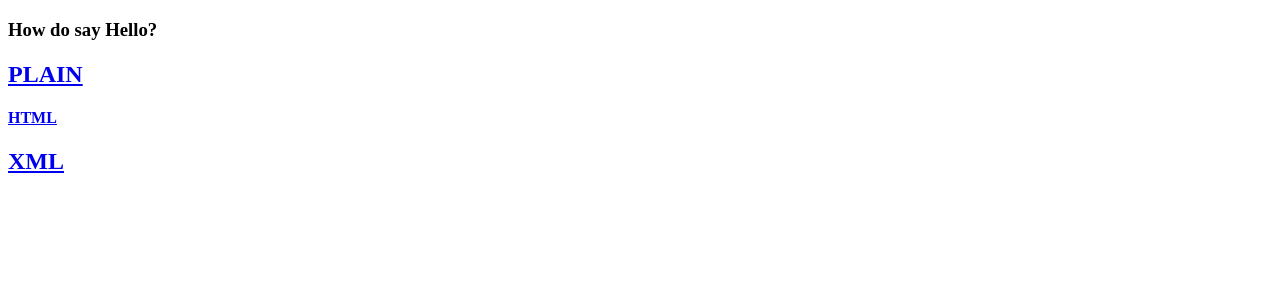
Repository: parul55/RestWebService
Page: TrivagoHotels/WebContent/index.html
These files come from the project's save history. The page is drawn as it stood at one moment and after the next save; the edit follows.
The browser window is 1280 px wide. The pictures show the whole page.

Above is the page before, as saved 2019-07-24 12:15:36.

After the next save:
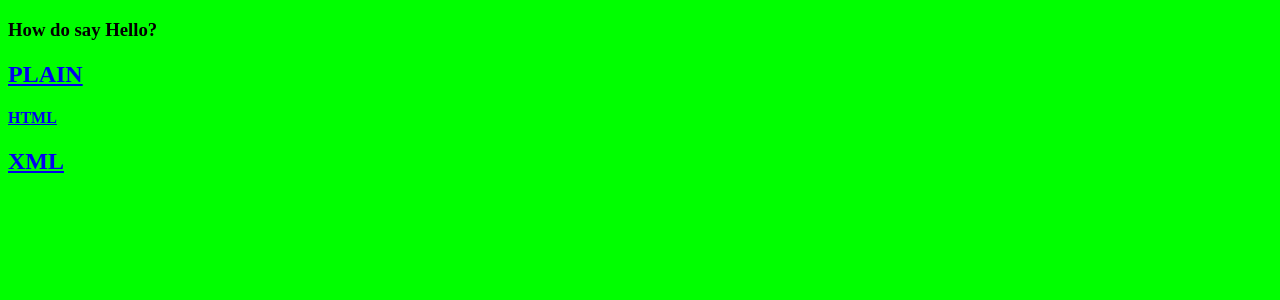
Saved 98 s later.
--- a/TrivagoHotels/WebContent/index.html
+++ b/TrivagoHotels/WebContent/index.html
@@ -5,7 +5,7 @@
 <title>Trivago Home</title>
 <style type="text/css">
 body{
-	background-color: line;
+	background-color: lime;
 }
 </style>
 </head>
